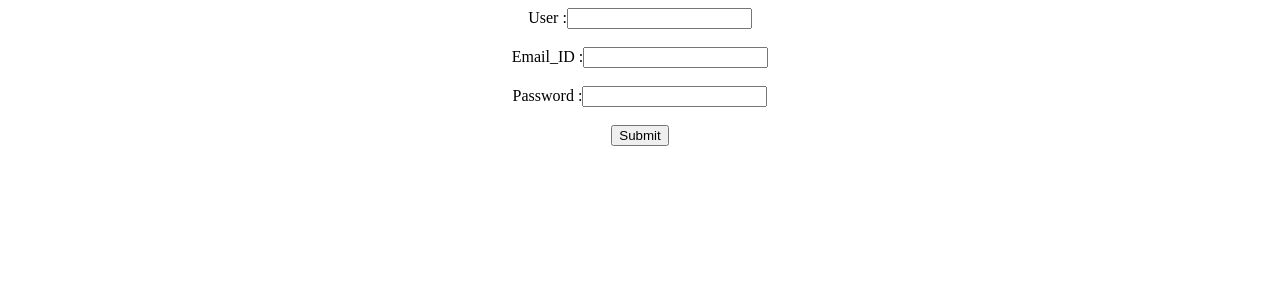
Repository: sunil965/JDBC-Servlet-JSP
Page: http://localhost/JspRegistrationTask/
An editor plug-in stored every save of this project. The page is shown before and after the next save, followed by the edit.
The browser window is 1280 px wide. The pictures show the whole page.
The page is served by Tomcat 9. Other server files are loaded and not shown.

Above is the page before, as saved 2017-05-02 09:56:16.

### JspRegistrationTask/WebContent/index.jsp
<%@ page language="java" contentType="text/html; charset=UTF-8"
    pageEncoding="UTF-8"%>
<!DOCTYPE html PUBLIC "-//W3C//DTD HTML 4.01 Transitional//EN" "http://www.w3.org/TR/html4/loose.dtd">
<html>
<head>
<meta http-equiv="Content-Type" content="text/html; charset=UTF-8">
<title>Insert title here</title>
</head>
<body>
<div align="center">
	<form action="userreg" method="post">
		User     :<input type="text" name="user"><br><br>
		Email_ID :<input type="email" name="mail"><br><br>
		Password :<input type="password" name="pwd"><br><br>
		<input type="submit">
	</form>
</div>
</html>

After the next save:
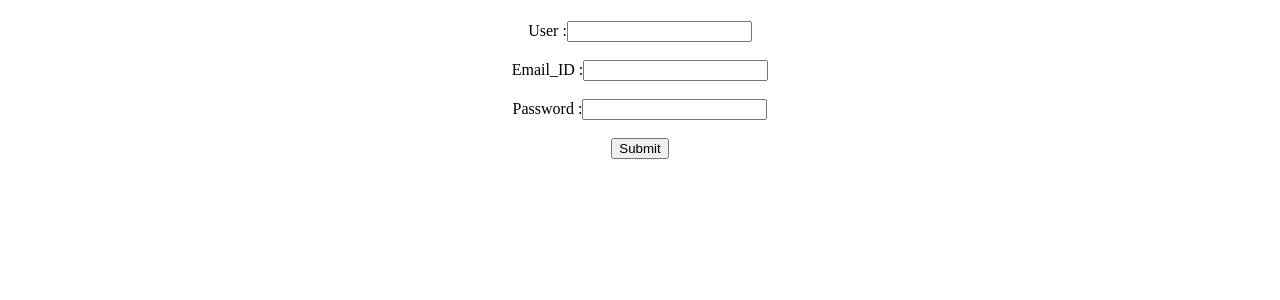
Saved 20 s later.
--- a/JspRegistrationTask/WebContent/index.jsp
+++ b/JspRegistrationTask/WebContent/index.jsp
@@ -8,6 +8,7 @@
 </head>
 <body>
 <div align="center">
+<h1></h1>
 	<form action="userreg" method="post">
 		User     :<input type="text" name="user"><br><br>
 		Email_ID :<input type="email" name="mail"><br><br>
